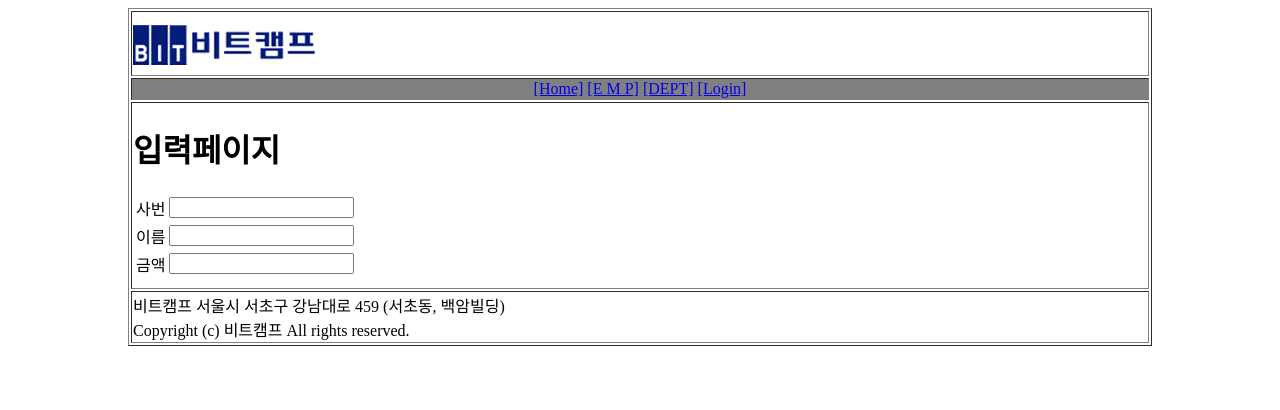
Repository: Lee-seongBeom/bitclass
Page: http://localhost/web06/add.jsp
The author's editor kept a copy of each file at every save. The page is drawn from the files as they stood at one save, then again after the next save.
The browser window is 1280 px wide. The pictures show the whole page.
The page is served by Tomcat 9.

Above is the page before, as saved 2020-07-06 05:26:27.

After the next save:
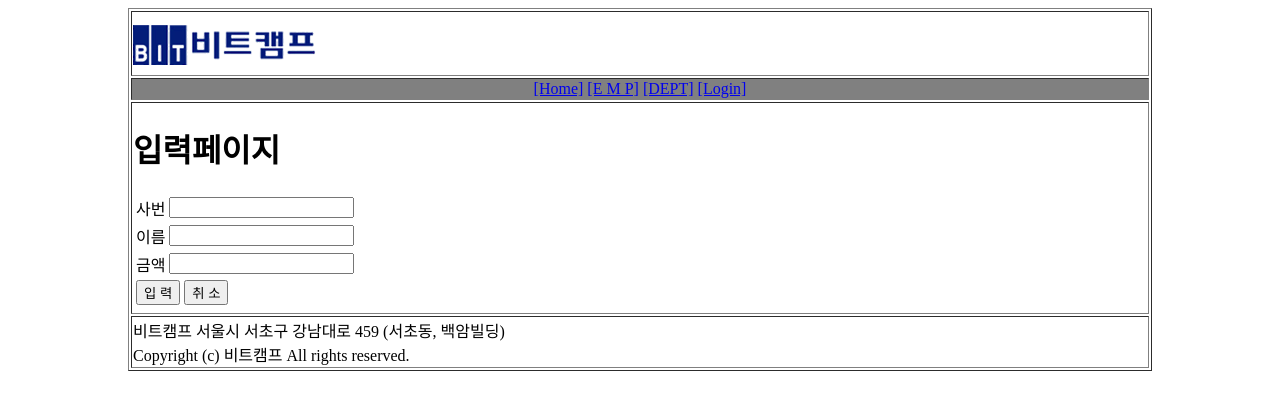
Saved 20 s later.
--- a/web/web06/WebContent/add.jsp
+++ b/web/web06/WebContent/add.jsp
@@ -41,7 +41,8 @@
 						</tr>
 						<tr>
 							<td colspan="2">
-
+								<input type="submit" value="입 력">
+								<input type="submit" value="취 소">
 							</td>
 						</tr>
 						<tr>
